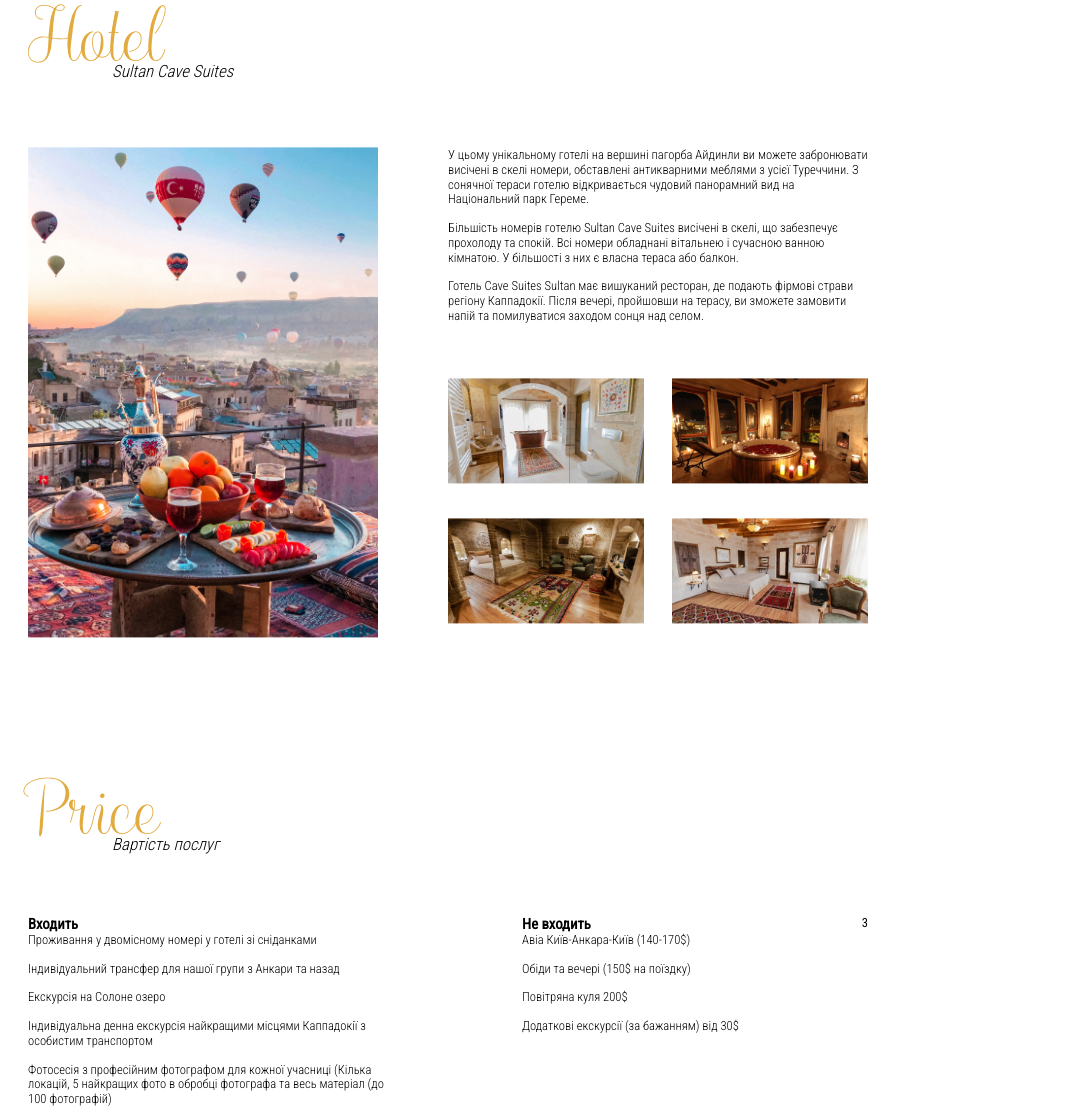
Repository: KYUUBI-K/cappadocia
Page: index.html
The author's editor kept a copy of each file at every save. The page is drawn from the files as they stood at one save, then again after the next save.
The browser window is 1280 px wide. The page is 1540 px wide, so the pictures cover 1540 px, including what lies to the right of the window. The pictures show the part of the page from y = 3321 to 4921 px (the page is 4921 px tall), at 70% of full size.

Above is the page before, as saved 2025-08-21 19:21:22.

After the next save:
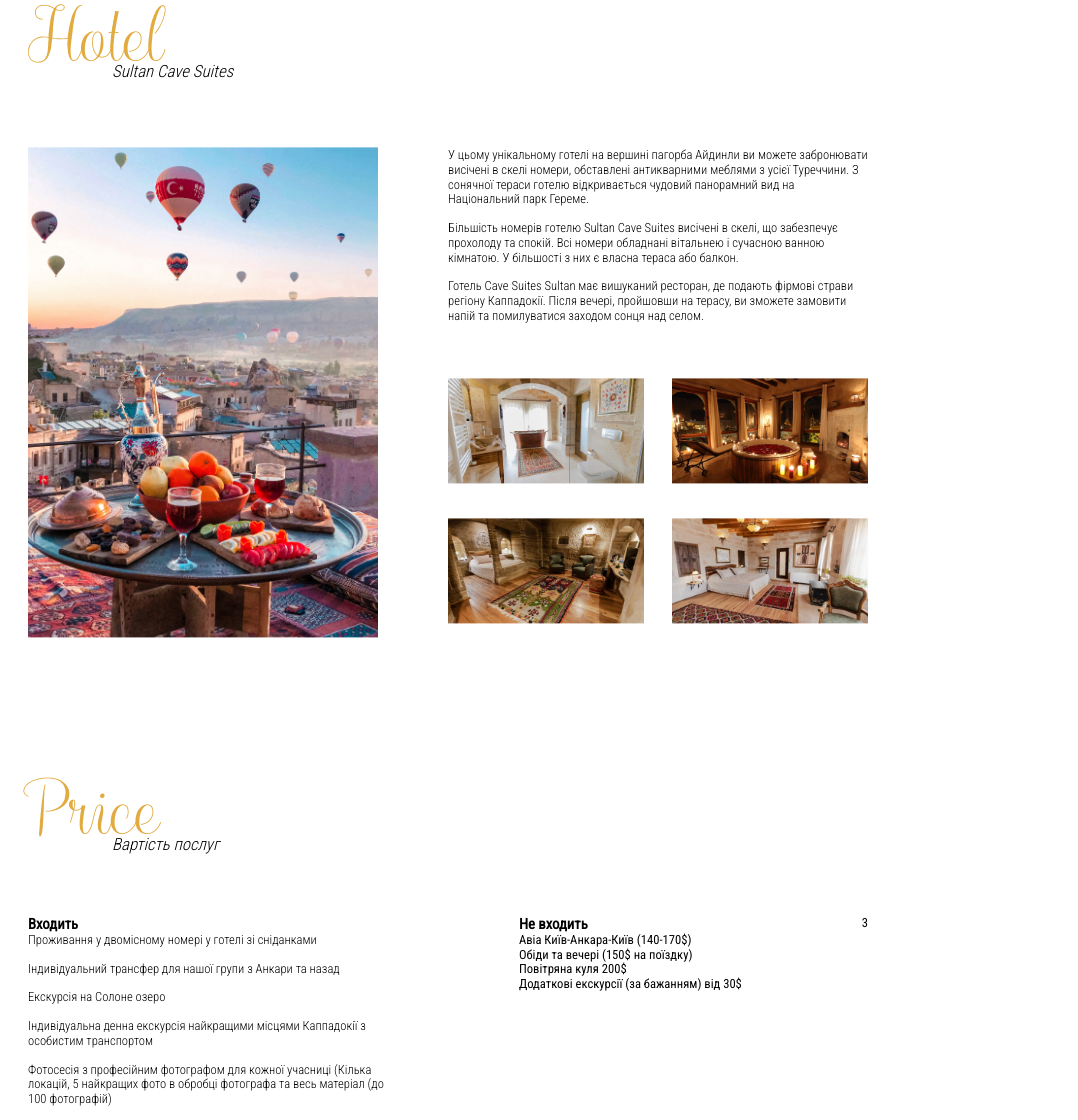
Saved 23 s later.
--- a/index.html
+++ b/index.html
@@ -244,7 +244,7 @@
           </aside>
           <aside class="price-center">
             <h3>Не входить</h3>
-            <ul class="price-text">
+            <ul class="price-text-list">
               <li>Авіа Київ-Анкара-Київ (140-170$)</li>
               <li>Обіди та вечері (150$ на поїздку)</li>
               <li>Повітряна куля 200$</li>
